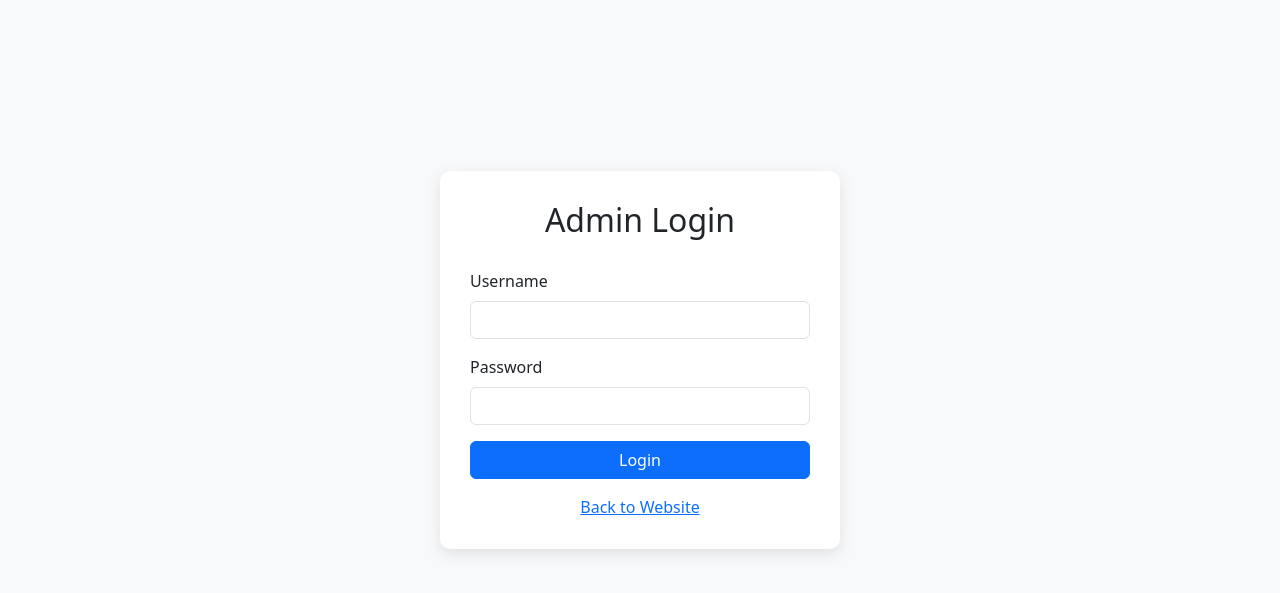
Repository: faridfirdaus-fred/portfolio-pweb
Page: http://localhost/admin/login.php
The author's editor kept a copy of each file at every save. The page is drawn from the files as they stood at one save, then again after the next save.
The browser window is 1280 px wide. The pictures show the whole page.
The page is run by PHP 8.4 with error messages shown; the project is at /var/www/html/.

Above is the page before, as saved 2025-05-12 16:02:31.

### admin/login.php
<?php
session_start();

// Check if already logged in
if (isset($_SESSION['admin_logged_in']) && $_SESSION['admin_logged_in'] === true) {
    header("Location: index.php");
    exit;
}

// Include database configuration
require_once '../php/config.php';

$error = '';

// Check if form is submitted
if ($_SERVER["REQUEST_METHOD"] == "POST") {
    $username = $conn->real_escape_string($_POST['username']);
    $password = $_POST['password'];

    // Get admin user
    $sql = "SELECT * FROM admin WHERE username = '$username'";
    $result = $conn->query($sql);

    if ($result->num_rows == 1) {
        $user = $result->fetch_assoc();

        // Verify password
        if (password_verify($password, $user['password'])) {
            // Set session
            $_SESSION['admin_logged_in'] = true;
            $_SESSION['admin_id'] = $user['id'];
            $_SESSION['admin_username'] = $user['username'];

            // Redirect to dashboard
            header("Location: index.php");
            exit;
        } else {
            $error = "Invalid password";
        }
    } else {
        $error = "Invalid username";
    }
}
?>

<!DOCTYPE html>
<html lang="en">
<head>
    <meta charset="UTF-8">
    <meta name="viewport" content="width=device-width, initial-scale=1.0">
    <title>Admin Login</title>
    <!-- Bootstrap CSS -->
    <link href="https://cdn.jsdelivr.net/npm/bootstrap@5.3.0/dist/css/bootstrap.min.css" rel="stylesheet">
    <style>
        body {
            background-color: #f8f9fa;
            height: 100vh;
            display: flex;
            align-items: center;
            justify-content: center;
        }
        .login-form {
            max-width: 400px;
            width: 100%;
            padding: 30px;
            background-color: white;
            border-radius: 10px;
            box-shadow: 0 5px 15px rgba(0, 0, 0, 0.1);
        }
        .login-logo {
            text-align: center;
            margin-bottom: 30px;
        }
    </style>
</head>
<body>
    <div class="login-form">
        <div class="login-logo">
            <h2>Admin Login</h2>
        </div>

        <?php if (!empty($error)): ?>
            <div class="alert alert-danger"><?php echo $error; ?></div>
        <?php endif; ?>

        <form method="post" action="<?php echo htmlspecialchars($_SERVER["PHP_SELF"]); ?>">
            <div class="mb-3">
                <label for="username" class="form-label">Username</label>
                <input type="text" class="form-control" id="username" name="username" required>
            </div>
            <div class="mb-3">
                <label for="password" class="form-label">Password</label>
                <input type="password" class="form-control" id="password" name="password" required>
            </div>
            <button type="submit" class="btn btn-primary w-100">Login</button>
        </form>

        <div class="mt-3 text-center">
            <a href="../index.html">Back to Website</a>
        </div>
    </div>

    <!-- Bootstrap JS -->
    <script src="https://cdn.jsdelivr.net/npm/bootstrap@5.3.0/dist/js/bootstrap.bundle.min.js"></script>
</body>
</html>

### php/config.php
<?php
// Database configuration
$host = "localhost";
$username = "root";
$password = "";
$database = "portfolio_db";

// Create database connection
$conn = new mysqli($host, $username, $password, $database);

// Check connection
if ($conn->connect_error) {
    die("Connection failed: " . $conn->connect_error);
}
?>

After the next save:
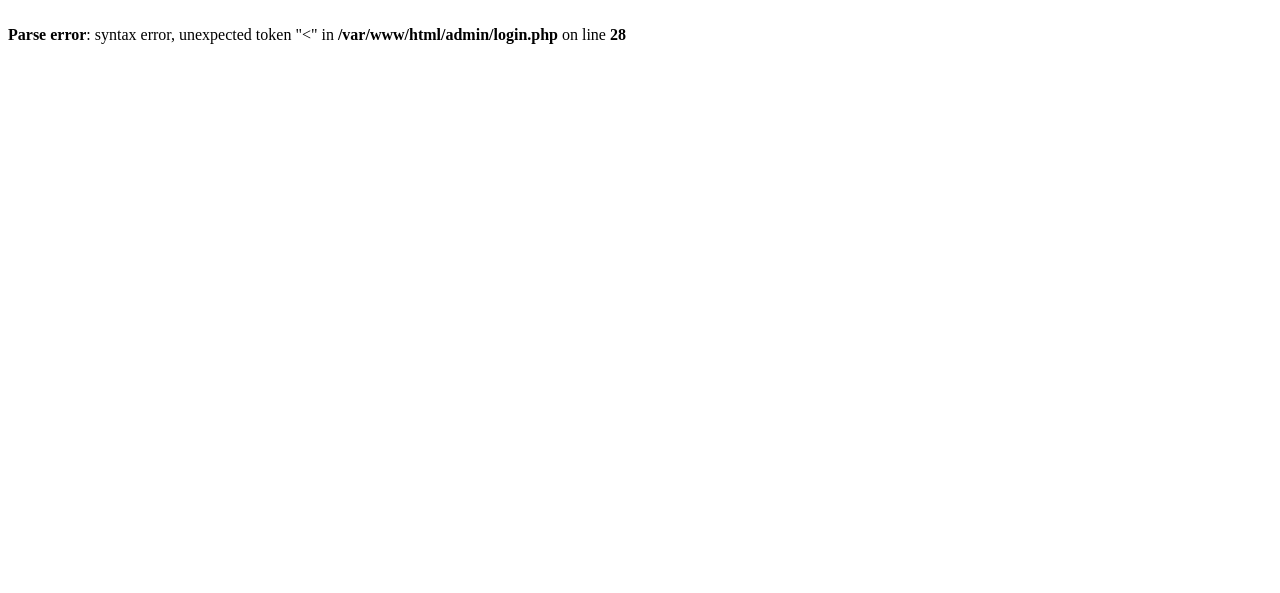
Saved 65 s later.
--- a/admin/login.php
+++ b/admin/login.php
@@ -24,6 +24,8 @@
     if ($result->num_rows == 1) {
         $user = $result->fetch_assoc();
 
+        // Verify password
+        <?php
         // Verify password
         if (password_verify($password, $user['password'])) {
             // Set session

After the save that followed:
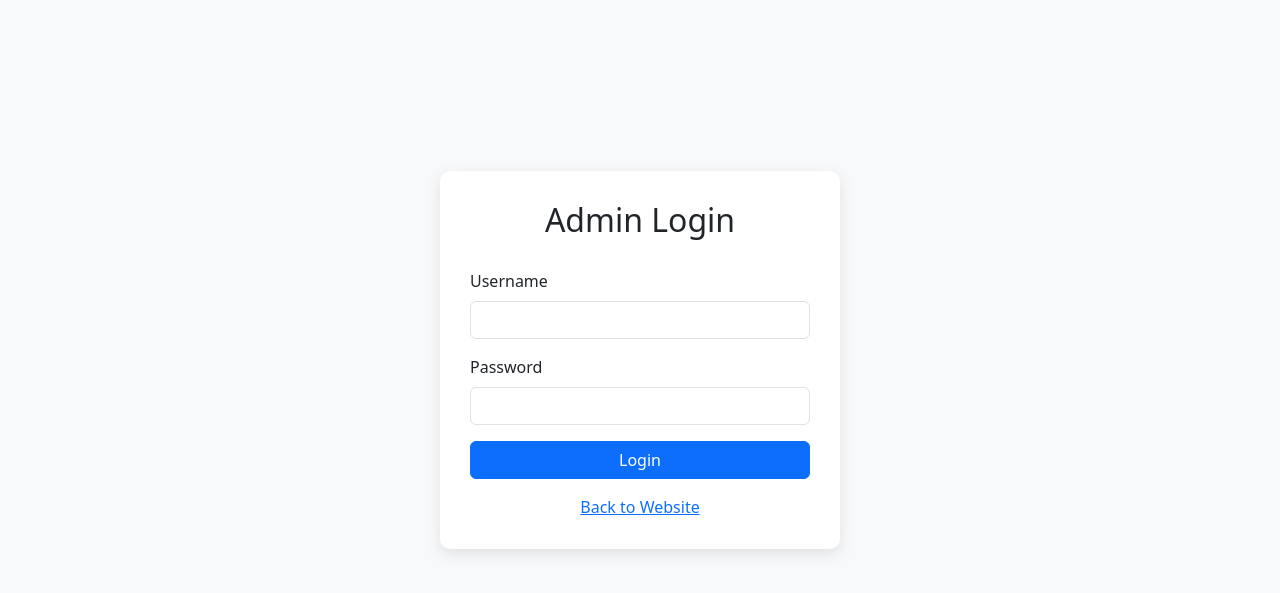
Saved 10 s later.
--- a/admin/login.php
+++ b/admin/login.php
@@ -25,7 +25,6 @@
         $user = $result->fetch_assoc();
 
         // Verify password
-        <?php
         // Verify password
         if (password_verify($password, $user['password'])) {
             // Set session
